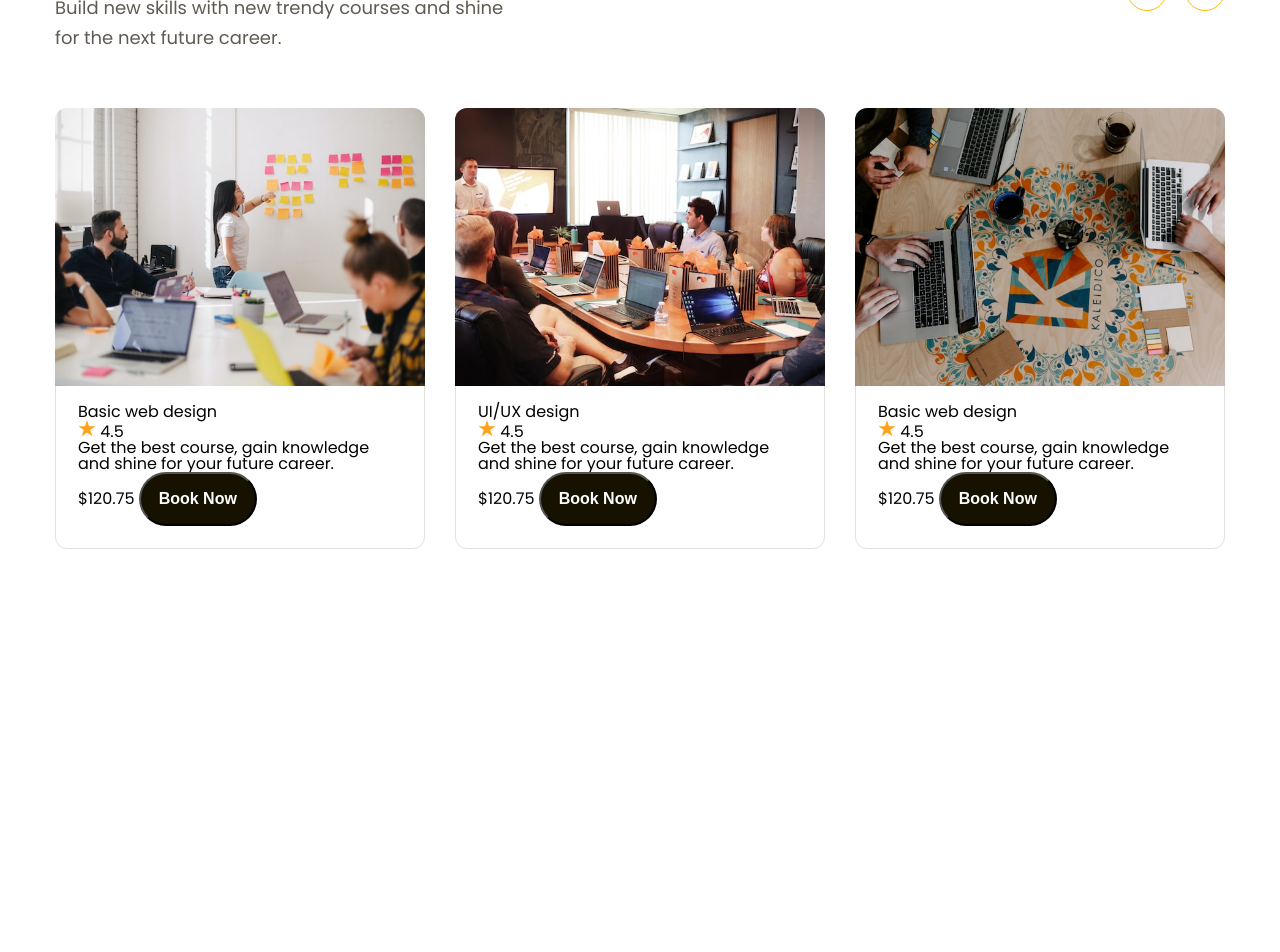
Repository: ynguyen1512/htmlcss-project-02
Page: index.html
An editor plug-in stored every save of this project. The page is shown before and after the next save, followed by the edit.
The browser window is 1280 px wide. The pictures show the part of the page from y = 1171 to 2123 px (the page is 5000 px tall).
A picture or video elsewhere on the page could not be fetched, so the positions and the page height are approximate.

Above is the page before, as saved 2023-02-20 22:49:57.

### index.html
<!DOCTYPE html>
<html lang="en">
<head>
    <meta charset="UTF-8">
    <meta http-equiv="X-UA-Compatible" content="IE=edge">
    <meta name="viewport" content="width=device-width, initial-scale=1.0">
    <title>F8 Project 02</title>
    <!-- Reset CSS -->
    <link rel="stylesheet" href="./assets/css/reset.css">
    <!-- Embed fonts -->
    <link rel="preconnect" href="https://fonts.googleapis.com">
    <link rel="preconnect" href="https://fonts.gstatic.com" crossorigin>
    <link href="https://fonts.googleapis.com/css2?family=Poppins:ital,wght@0,400;0,500;0,600;0,700;1,400&family=Sen:wght@700&display=swap" rel="stylesheet">
    <!-- Styles -->
    <link rel="stylesheet" href="./assets/css/style.css">
</head>
<body>
    <main style="height: 5000px;">
        <!-- Header -->
        <header class="header fixed">
            <div class=" main-content">
                <di class="body">
                    <!-- Logo -->
                    <a href="#">
                        <img src="./assets/img/logo.png" alt="Lesson." class="logo">
                    </a>
                    <!-- Navigation -->
                    <nav class="nav">
                        <ul>
                            <li class="active"><a href="#!">Home</a></li>
                            <li><a href="#!">Courses</a></li>
                            <li><a href="#!">Pricing</a></li>
                            <li><a href="#!">Reviews</a></li>
                        </ul>
                    </nav>

                    <!-- Action -->
                    <div class="action">
                        <a href="" class="btn sign-up-btn">Sign Up</a>
                    </div>
                </di >
            </div>
        </header>

        <!-- Hero -->
        <div class="hero">
            <div class="main-content">
                <div class="body">
                    <!-- Hero-left -->
                    <div class="media-block">
                        <img src="./assets/img/hero-img.jpg"
                        alt="Learn without limits and spread knowledge." class="img">

                        <div class="hero-summary">
                            <div class="item">
                                <div class="icon">
                                    <img src="./assets/icons/list.svg" alt="">
                                </div>
                                <div class="info">
                                    <p class="label">20 Courses</p>
                                    <p class="title">UI/UX Design</p>
                                </div>
                            </div>
                            <div class="item">
                                <div class="icon">
                                    <img src="./assets/icons/code.svg" alt="">
                                </div>
                                <div class="info">
                                    <p class="label">20 Courses</p>
                                    <p class="title">Development</p>
                                </div>
                            </div>
                            <div class="item">
                                <div class="icon">
                                    <img src="./assets/icons/speaker.svg" alt="">
                                </div>
                                <div class="info">
                                    <p class="label">30 Courses</p>
                                    <p class="title">Marketing</p>
                                </div>
                            </div>
                        </div>
                    </div>
                    <!-- Hero right -->
                    <div class="content-block">
                        <h1 class="heading lv1">Learn without limits and spread knowledge.</h1>
                        <p class="desc">Build new skills for that “this is my year” feeling with courses, certificates, and degrees from world-class
                             universities and companies.</p>
                        <div class="cta-group">
                            <a href="" class="btn hero-cta">See Courses</a>
                            <button class="watch-video">
                                <div class="icon">
                                    <img src="./assets/icons/play.svg" alt="">
                                </div>
                                <span>Watch Video</span>
                            </button>
                        </div>
                        <p class="desc">Recent engagement</p>
                        <p class="desc stats">
                            <strong>50K</strong> Students
                            <strong>70+</strong> Courses
                        </p>
                    </div>
                </div>
            </div>
        </div>

        <!-- Popular -->
        <div class="popular">
            <div class="main-content">
                <div class="popular-top">
                    <div class="info">
                        <h2 class="heading lv2">Our popular courses</h2>
                        <p class="desc">
                            Build new skills with new trendy
                            courses and shine for the next future career.</p>
                    </div>
                    <div class="controls">
                        <button class="control-btn">
                            <svg width="8" height="14" viewBox="0 0 8 14" fill="none" xmlns="http://www.w3.org/2000/svg">
                                <path d="M7 1L1 7L7 13" stroke="currentColor" stroke-linecap="round" stroke-linejoin="round"/>
                                </svg>
                        </button>
                        <button class="control-btn">
                            <svg width="8" height="14" viewBox="0 0 8 14" fill="none" xmlns="http://www.w3.org/2000/svg">
                                <path d="M1 1L7 7L1 13" stroke="currentColor" stroke-linecap="round" stroke-linejoin="round"/>
                                </svg>
                        </button>
                    </div>
                </div>

                <div class="course-list">
                    <!-- Course item 1-->
                    <div class="course-item">
                        <img src="./assets/img/course-1.jpg" alt="" class="thumb">
                        <div class="info">
                            <div class="head">
                                <h3 class="title">Basic web design</h3>
                                <div class="rating">
                                    <img src="./assets/icons/star.svg" alt="Star" class="star">
                                    <span class="value">4.5</span>
                                </div>
                            </div>
                            <p class="desc">
                                Get the best course, gain knowledge and shine for your
                                future career.
                            </p>
                            <div class="foot">
                                <span class="price">$120.75</span>
                                <button class="btn">Book Now</button>
                            </div>
                        </div>
                    </div>
                    <!-- Course item 2-->
                    <div class="course-item">
                        <img src="./assets/img/course-2.jpg" alt="" class="thumb">
                        <div class="info">
                            <div class="head">
                                <h3 class="title">UI/UX design</h3>
                                <div class="rating">
                                    <img src="./assets/icons/star.svg" alt="Star" class="star">
                                    <span class="value">4.5</span>
                                </div>
                            </div>
                            <p class="desc">
                                Get the best course, gain knowledge and shine for your
                                future career.
                            </p>
                            <div class="foot">
                                <span class="price">$120.75</span>
                                <button class="btn">Book Now</button>
                            </div>
                        </div>
                    </div>
                    <!-- Course item 3-->
                    <div class="course-item">
                        <img src="./assets/img/course-3.jpg" alt="" class="thumb">
                        <div class="info">
                            <div class="head">
                                <h3 class="title">Basic web design</h3>
                                <div class="rating">
                                    <img src="./assets/icons/star.svg" alt="Star" class="star">
                                    <span class="value">4.5</span>
                                </div>
                            </div>
                            <p class="desc">
                                Get the best course, gain knowledge and shine for your
                                future career.
                            </p>
                            <div class="foot">
                                <span class="price">$120.75</span>
                                <button class="btn">Book Now</button>
                            </div>
                        </div>
                    </div>
                </div>
            </div>
        </div>
    </main>

    <footer>

    </footer>
</body>
</html>

### assets/css/style.css
* {
    box-sizing: border-box;
}

:root {
    --primary-color:#FFB900;
    --font-heading: Sen, sans-serif;
}

html, body {
    scroll-behavior: smooth;
}

html {
    font-size: 62.5%;
}

body {
    font-size: 1.6rem;
    font-family: 'Poppins', 'sans-serif';
}

/* Common */
.main-content {
    width: 1170px;
    max-width: calc(100% - 48px);
    margin-left: auto;
    margin-right: auto;
}


.heading {
    font-family: var(--font-heading);
    font-weight: 700;
    letter-spacing: -0.02em;
    color: #171100;
}

.heading.lv1 {
    font-size: 5.8rem;
    line-height: 1.17;
}

.heading.lv2 {
    font-size: 3.8rem;
    line-height: 1.26;
}

a {
    text-decoration: none;
}

.btn {
    display: inline-block;
    min-width: 118px;
    padding: 0 16px;
    line-height: 50px;
    font-weight: 600;
    font-size: 16px;
    text-align: center;
    color: #FFFFFF;
    background: #171100;
    border-radius: 999px;
}

.btn:hover {
    opacity: 0.9;
}

/* Header */
.header {
    background-color: #FFFCF4;
}

.header.fixed {
    position: sticky;
    top: -28px;
    z-index: 1;
}

.header .body {
    display: flex;
    align-items: center;
    padding: 36px 0 8px;
}

.nav {
    margin-left: auto;
}

.nav ul {
    display: flex;
}

.nav a {
    position: relative;
    padding: 8px 21px;
    font-size: 1.6rem;
    color: #5F5B53;
}

.nav a:hover,
.nav li.active a {
    /* font-weight: 600; */
    text-shadow: 1px 0 0 currentColor;
    color: #171100;
}

.nav li.active a::after {
    position: absolute;
    left: 21px;
    content: "";
    bottom: 6px;
    display: block;
    width: 12px;
    height: 2px;
    background: #171100;
    border-radius: 1px;
}

.header .sign-up-btn {
    min-width: 144px;
}

/* Hero */
.hero {
    padding: 56px 0 65px;
    background: #FFFCF4;
}

.hero .body {
    display: flex;
}

/* Hero left */
.hero .media-block {
    position: relative;
    width: 48%;
}


.hero .media-block .img {
    width: 470px;
    height: 685px;
    object-fit: cover;
    border-radius: 20px;
    vertical-align: bottom;
}

.hero-summary {
    position: absolute;
    right: 0;
    bottom: 48px;
    width: 270px;
    padding: 24px;
    background: #FFFFFF;
    box-shadow: 0px 16px 32px rgba(0, 0, 0, 0.05);
    border-radius: 12px;

}

.hero-summary .item {
    display: flex;
    align-items: center;
}

.hero-summary .item + .item {
    margin-top: 22px;
}


.hero-summary .icon {
    width: 48px;
    height: 48px;
    border-radius: 50%;
    display: flex;
    align-items: center;
    justify-content: center;
    background: #FFF9E8;
}

.hero-summary .item:nth-of-type(2) .icon {
    background: #FCEFFF;
}

.hero-summary .item:nth-of-type(3) .icon {
    background: #EBEAFF;
}

.hero-summary .info {
    margin-left: 16px;
}

.hero-summary .label {
    font-size: 1.4rem;
    line-height: 1.86;
    color: #5F5B53;
}

.hero-summary .title {
    font-weight: 600;
    font-size: 1.8rem;
    line-height: 1.67;
    color: #171100;
}
/* Hero right */
.hero .content-block {
    width: 52%;
    padding: 64px 0 0 130px;
}


.hero .desc {
    margin-top: 22px;
    font-weight: 400;
    font-size: 1.8rem;
    line-height: 1.67;
    color: #5F5B53;
}

.hero .cta-group {
    margin: 38px 0 48px;
    display: flex;
    align-items: center;
}

.hero-cta {
    min-width: 180px;
    background: var(--primary-color);
    line-height: 64px;
    border-radius: 32px;
}

.hero .watch-video {
    border: none;
    background-color: transparent;
    display: flex;
    margin-left: 28px;
    align-items: center;
    cursor: pointer;
}

.hero .watch-video .icon {
    display: flex;
    align-items: center;
    justify-content: center;
    width: 40px;
    height: 40px;
    border-radius: 50%;
    background: #FFFFFF;
    box-shadow: 0px 8px 16px rgba(0, 0, 0, 0.07);
}

.hero .watch-video span {
    margin-left: 14px;
    font-weight: 600;
    font-size: 1.8rem;
    line-height: 1.67;
    color: #171100;
}

.hero .stats {
    margin:8px 0 0 -28px;
}

.hero .stats strong {
    font-family: var(--font-heading);
    font-weight: 700;
    font-size: 4.4rem;
    line-height: 1.23;
    color: #171100;
    padding: 0 8px 0 28px;
}

/* Popular */
.popular {
    padding: 65px 0;
    margin-top: 135px;
}

.popular-top {
    display: flex;
    justify-content: space-between;
    align-items: center;
}

.popular-top .desc {
    margin-top: 16px;
    width: 458px;
    font-size: 1.8rem;
    line-height: 1.67;
    color: #5F5B53;
}

.popular-top .controls {
    display: flex;
    gap: 18px;
}

.popular-top .control-btn {
    display: flex;
    align-items: center;
    justify-content: center;
    width: 40px;
    height: 40px;
    border-radius: 50%;
    color: var(--primary-color);
    border: 1px solid var(--primary-color);
    background: transparent;
}

.popular-top .control-btn:hover {
    background: var(--primary-color);
    color: #FFF;
    cursor: pointer;
}

.popular .course-list {
    margin-top: 55px;
    display: flex;
    gap: 30px;
}

.popular .course-item {
    flex: 1;
    background: #FFFFFF;
    border: 1px solid #E2DFDA;
    border-radius: 12px;
}

.popular .course-item .thumb {
    margin: -1px;
    width: calc(100% + 2px);
    height: 278px;
    object-fit: cover;
    border-radius: 12px 12px 0px 0px;
}

.popular .course-item .info {
    padding: 16px 22px 22px;
}

Loaded but not shown: assets/css/reset.css (common file)

After the next save:
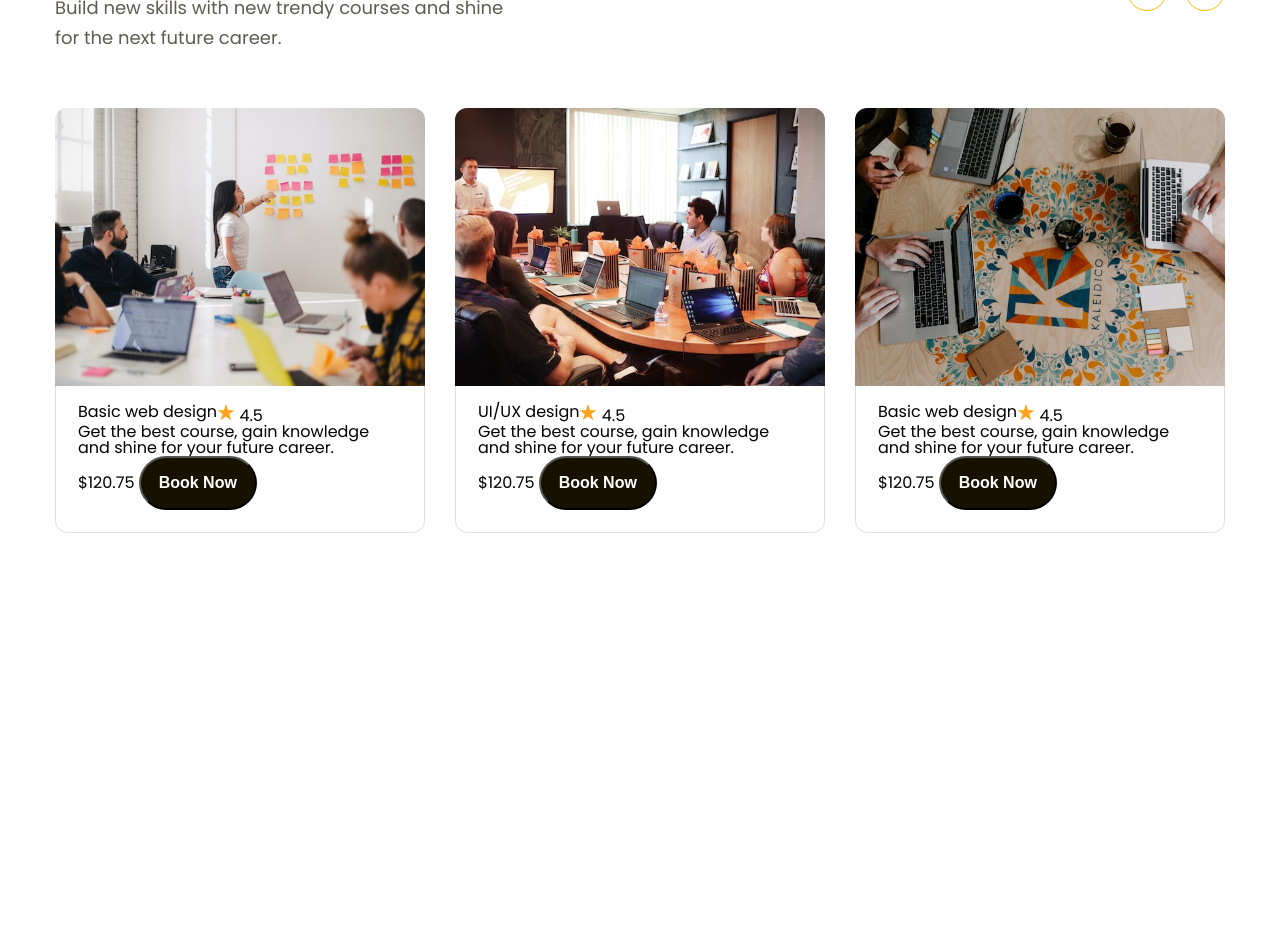
Saved 35 s later.
--- a/assets/css/style.css
+++ b/assets/css/style.css
@@ -339,3 +339,8 @@ a {
 .popular .course-item .info {
     padding: 16px 22px 22px;
 }
+
+.popular .course-item .head {
+    display: flex;
+
+}
